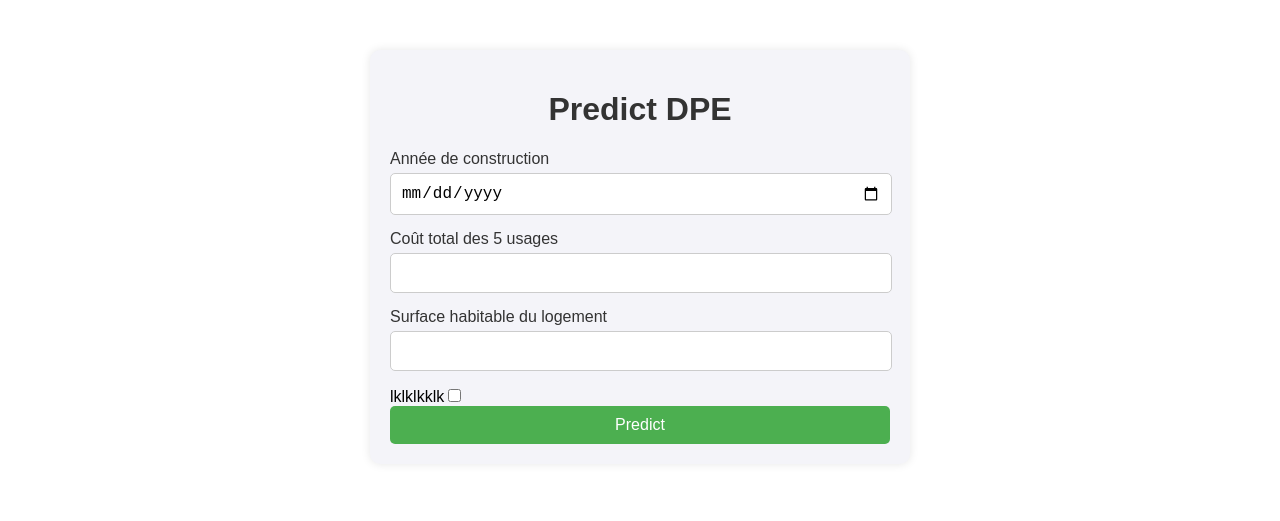
Repository: abdouAppcraft/Predict-DPE
Page: /
An editor plug-in stored every save of this project. The page is shown before and after the next save, followed by the edit.
The browser window is 1280 px wide. The pictures show the whole page.
The page's requests for data from a server got no answer. The project was rebuilt for these pictures with package versions that can differ from the ones it lists, and the page was loaded fresh each time. No one was signed in, and anything a server would have sent is missing. Also part of the build but not shown: src/screens/Result/Result.tsx.

Above is the page before, as saved 2024-06-11 16:32:16.

### src/App.tsx
import React from "react";
import PredictForm from "./screens/PredictForm/PredictForm";
import { createBrowserRouter, RouterProvider } from "react-router-dom";
import Result from "./screens/Result/Result";

const router = createBrowserRouter([
  {
    path: "/",
    Component: PredictForm,
  },
  {
    path: "/result",
    Component: Result,
  },
]);

const App: React.FC = () => {
  return (
    <>
      <RouterProvider router={router} />
    </>
  );
};

export default App;

### src/screens/PredictForm/PredictForm.tsx
import React, { useState } from "react";
import { useNavigate } from "react-router-dom";
import { useDpeOptions } from "../../hooks/useDpeOptions";
import "./PredictForm.css";
import strings from "../../strings/string";

type Field = {
  name: string;
  type: string;
};

const field: Field[] = [
  { name: "Annee_construction", type: "date" },
  { name: "Cout_total_5_usages", type: "number" },
  { name: "Surface_habitable_logement", type: "number" },
];

const advancedField: Field[] = [
  { name: "Qualite_isolation_enveloppe", type: "select" },
  { name: "Type_energie_principale_chauffage", type: "select" },
  { name: "Type_installation_chauffage", type: "select" },
  { name: "Code_postal_BAN", type: "address" },
  { name: "Conso_5_usages_e_finale", type: "number" },
  { name: "Conso_5_usagesm2_e_finale", type: "number" },
  { name: "Emission_GES_5_usages", type: "number" },
  { name: "Emission_GES_5_usages_par_m2", type: "number" },
  { name: "Cout_chauffage", type: "number" },
  { name: "Cout_ECS", type: "number" },
  { name: "Qualite_isolation_menuiseries", type: "select" },
];

const PredictForm: React.FC = () => {
  const [formData, setFormData] = useState<Record<string, any>>({});
  const [advancedOp, setAdvancedOp] = useState<boolean>(false);

  const [prediction, setPrediction] = useState<string | null>(null);
  const navigate = useNavigate();
  const options = useDpeOptions();

  console.log({ options });

  const handleChange = (
    e: React.ChangeEvent<HTMLInputElement | HTMLSelectElement>
  ) => {
    const { name, value, type } = e.target;
    if (type === "checkbox") {
      setFormData({
        ...formData,
        [name]: (e.target as HTMLInputElement).checked,
      });
    } else {
      setFormData({
        ...formData,
        [name]: value,
      });
    }
  };

  const handleSubmit = async (e: React.FormEvent) => {
    e.preventDefault();
    console.log("Form Data Submitted:", formData); // Ajoutez ce journal pour voir les données soumises
    try {
      // const response = await axios.post(
      //   "http://localhost:8000/predict/",
      //   formData
      // );
      // console.log("Prediction Response:", response.data); // Ajoutez ce journal pour voir la réponse
      // setPrediction(response.data.predicted_DPE);
      navigate("/result");
    } catch (error) {
      console.error("There was an error making the request:", error);
    }
  };

  const renderRow = (f: Field) => {
    switch (f.type) {
      case "select":
        return (
          <div className="form-group">
            <label>{strings[f.name as keyof typeof strings]}</label>
            <select
              name={f.name}
              value={formData[f.name]}
              onChange={handleChange}
              required
            >
              {options &&
                Object.hasOwn(options, f.name) &&
                options[f.name as keyof typeof options].map(
                  (option: string) => {
                    return <option>{option} </option>;
                  }
                )}
            </select>
          </div>
        );
        break;

      default:
        return (
          <>
            <div className="form-group">
              <label>{strings[f.name as keyof typeof strings]}</label>
              <input
                type={f.type}
                name={f.name}
                value={formData[f.name]}
                onChange={handleChange}
                required
              />
            </div>
          </>
        );
    }
  };

  return (
    <div className="predict-form">
      <h1>Predict DPE</h1>
      <form onSubmit={handleSubmit}>
        {/* <div className="form-group">
          <label>Surface habitable (m²):</label>
          <input
            type="number"
            name="Surface_habitable"
            value={formData.Surface_habitable}
            onChange={handleChange}
            required
          />
        </div>
        <div className="form-group">
          <label>Année de construction:</label>
          <input
            type="number"
            name="Annee_construction"
            value={formData.Annee_construction}
            onChange={handleChange}
            required
          />
        </div>
        <div className="form-group">
          <label>Type de chauffage:</label>
          <select
            name="Type_chauffage"
            value={formData.Type_chauffage}
            onChange={handleChange}
            required
          >
            <option value="">--Choisir--</option>
            <option value="électrique">Électrique</option>
            <option value="gaz">Gaz</option>
            <option value="fioul">Fioul</option>
            <option value="bois">Bois</option>
            <option value="autre">Autre</option>
          </select>
        </div>
        <div className="form-group">
          <label>Panneaux solaires:</label>
          <input
            type="checkbox"
            name="Panneaux_solaires"
            checked={formData.Panneaux_solaires}
            onChange={handleChange}
          />
        </div>
        <div className="form-group">
          <label>Nombre de pièces:</label>
          <input
            type="number"
            name="Nombre_pieces"
            value={formData.Nombre_pieces}
            onChange={handleChange}
            required
          />
        </div> */}
        {field.map((f) => renderRow(f))}
        <label htmlFor="advancedField">lklklkklk</label>
        <input
          type="checkbox"
          name="advancedField"
          checked={advancedOp}
          onChange={(e) => setAdvancedOp(!advancedOp)}
        />
        {advancedOp && advancedField.map((f) => renderRow(f))}
        <button type="submit" className="submit-btn">
          Predict
        </button>
      </form>
      {prediction && <h2>Predicted DPE: {prediction}</h2>}
    </div>
  );
};

export default PredictForm;

### src/hooks/useDpeOptions.tsx
import axios from "axios";
import { useEffect, useState } from "react";

type DPE_Options_Type = {
  Qualite_isolation_enveloppe: string[];
  Type_energie_principale_chauffage: string[];
  Type_installation_chauffage: string[];
  Qualite_isolation_menuiseries: string[];
};
export const useDpeOptions = () => {
  const [options, setOptions] = useState<DPE_Options_Type>();

  useEffect(() => {
    axios
      .get<DPE_Options_Type>("http://127.0.0.1:8000/dpe/options")
      .then((res) => {
        setOptions(res.data);
      });
  }, []);

  return options;
};

### src/screens/PredictForm/PredictForm.css
.predict-form {
    max-width: 500px;
    margin: 50px auto;
    padding: 20px;
    background-color: #f4f4f9;
    border-radius: 10px;
    box-shadow: 0 0 10px rgba(0, 0, 0, 0.1);
    font-family: Arial, sans-serif;
}

.predict-form h1 {
    text-align: center;
    color: #333;
}

.form-group {
    margin-bottom: 15px;
}

.form-group label {
    display: block;
    margin-bottom: 5px;
    color: #333;
}

.form-group input,
.form-group select {
    width: calc(100% - 20px);
    padding: 10px;
    border: 1px solid #ccc;
    border-radius: 5px;
    font-size: 16px;
}

.form-group input[type="checkbox"] {
    width: auto;
}

.submit-btn {
    width: 100%;
    padding: 10px;
    background-color: #4CAF50;
    color: white;
    border: none;
    border-radius: 5px;
    font-size: 16px;
    cursor: pointer;
    transition: background-color 0.3s ease;
}

.submit-btn:hover {
    background-color: #45a049;
}

h2 {
    text-align: center;
    color: #333;
    margin-top: 20px;
}

### src/strings/string.ts
const strings = {
  Annee_construction: "Année de construction",
  Cout_total_5_usages: "Coût total des 5 usages",
  Surface_habitable_logement: "Surface habitable du logement",
  Qualite_isolation_enveloppe: "Qualité de l'isolation de l'enveloppe",
  Type_energie_principale_chauffage: "Type d'énergie principale de chauffage",
  Type_installation_chauffage: "Type d'installation de chauffage",
  Code_postal_BAN: "Code postal BAN",
  Conso_5_usages_e_finale: "Consommation des 5 usages en énergie finale",
  Conso_5_usagesm2_e_finale:
    "Consommation des 5 usages par m² en énergie finale",
  Emission_GES_5_usages: "Émission de GES des 5 usages",
  Emission_GES_5_usages_par_m2: "Émission de GES des 5 usages par m²",
  Cout_chauffage: "Coût du chauffage",
  Cout_ECS: "Coût de l'ECS",
  Qualite_isolation_menuiseries: "Qualité de l'isolation des menuiseries",
};

export default strings;

Loaded but not shown: public/index.html (common file); src/index.tsx (common file); src/index.css (common file); src/reportWebVitals.ts (common file)

After the next save:
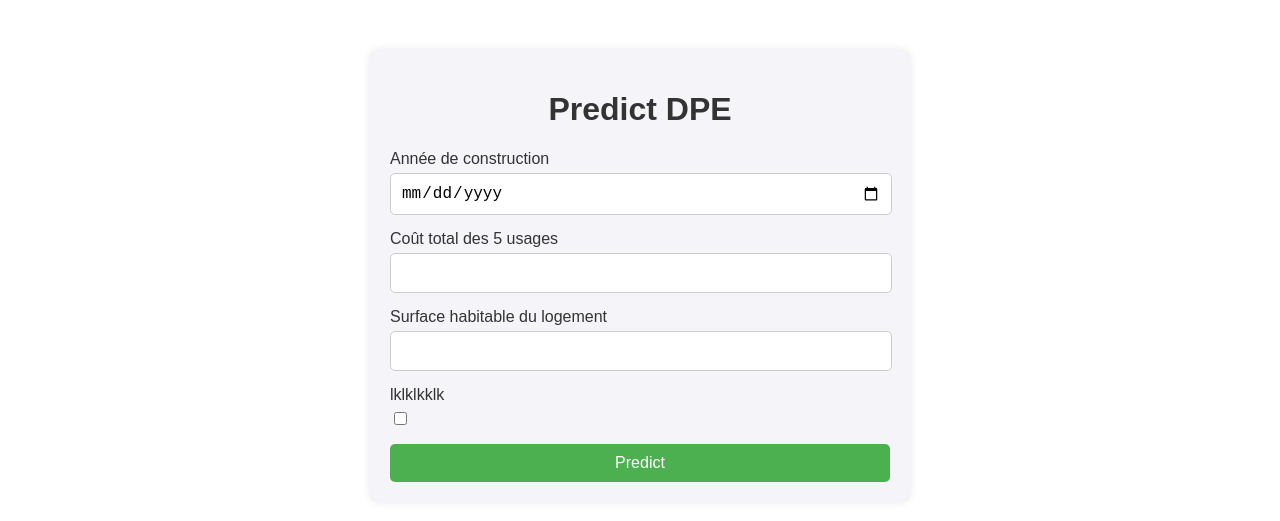
Saved 13 s later.
--- a/src/screens/PredictForm/PredictForm.tsx
+++ b/src/screens/PredictForm/PredictForm.tsx
@@ -174,13 +174,15 @@
           />
         </div> */}
         {field.map((f) => renderRow(f))}
-        <label htmlFor="advancedField">lklklkklk</label>
-        <input
-          type="checkbox"
-          name="advancedField"
-          checked={advancedOp}
-          onChange={(e) => setAdvancedOp(!advancedOp)}
-        />
+        <div class="form-group">
+          <label htmlFor="advancedField">lklklkklk</label>
+          <input
+            type="checkbox"
+            name="advancedField"
+            checked={advancedOp}
+            onChange={(e) => setAdvancedOp(!advancedOp)}
+          />
+        </div>
         {advancedOp && advancedField.map((f) => renderRow(f))}
         <button type="submit" className="submit-btn">
           Predict

After the 2 saves that followed:
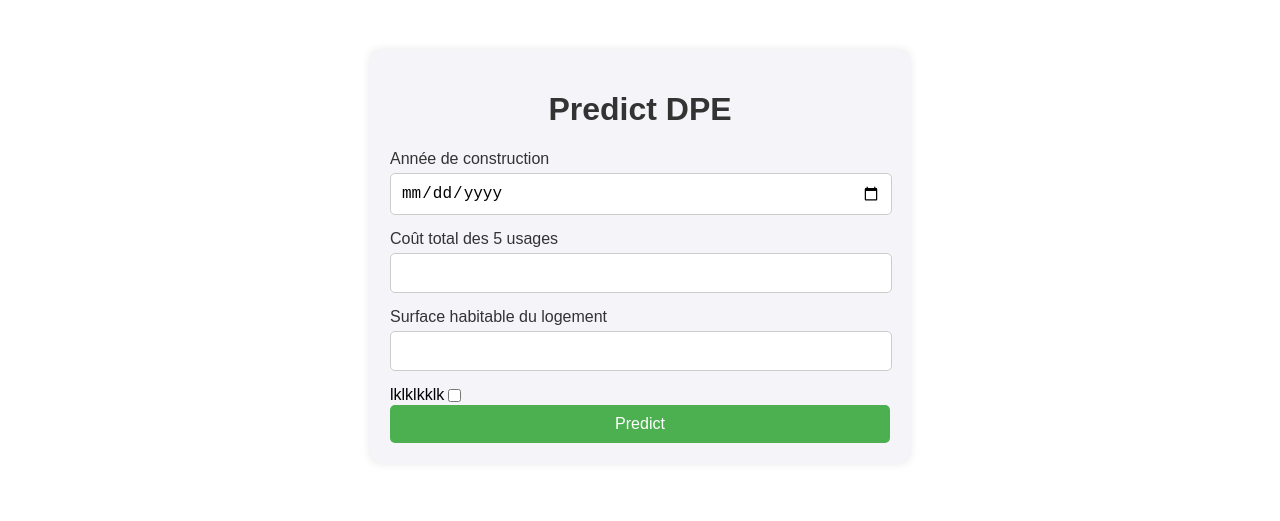
The 2 saves are shown as one change because 1 left the picture as it was.
The last was saved 23 s later.
--- a/src/screens/PredictForm/PredictForm.tsx
+++ b/src/screens/PredictForm/PredictForm.tsx
@@ -174,7 +174,7 @@
           />
         </div> */}
         {field.map((f) => renderRow(f))}
-        <div class="form-group">
+        <div style={{ display: "flex" }}>
           <label htmlFor="advancedField">lklklkklk</label>
           <input
             type="checkbox"
